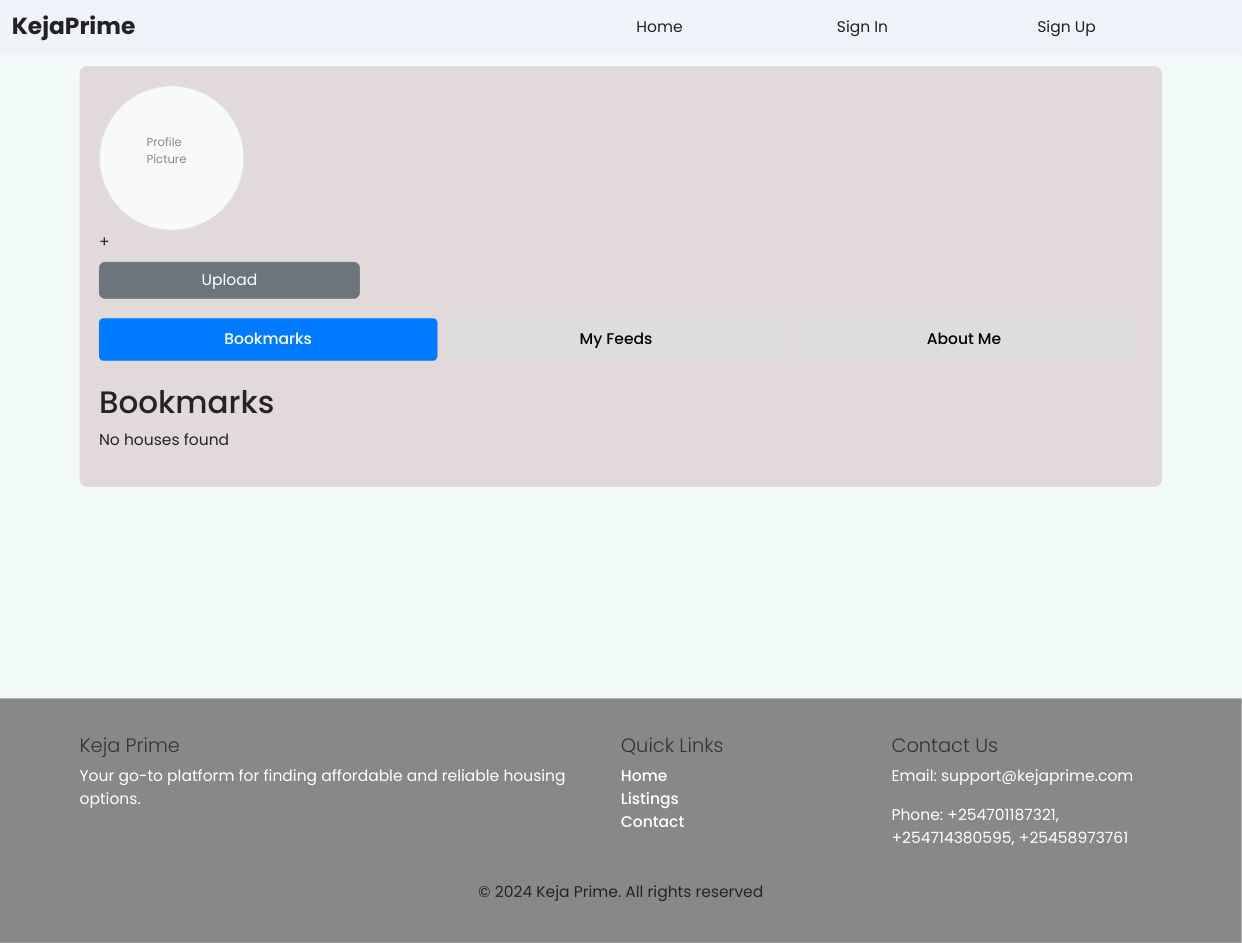
Repository: Pascal7601/kejaPrime
Page: /profile (app in frontend/)
The author's editor kept a copy of each file at every save. The page is drawn from the files as they stood at one save, then again after a run of saves.
The browser window is 1280 px wide. The pictures show the whole page, at 97% of full size.
The page's requests for data from a server got no answer. The project was rebuilt for these pictures with package versions that can differ from the ones it lists, and the page was loaded fresh each time. No one was signed in, and anything a server would have sent is missing. Also part of the build but not shown: frontend/vite.config.js, frontend/src/styles/HeroSection.css, frontend/src/components/HeroSection.jsx, frontend/src/pages/Home.jsx, frontend/src/components/Houses.jsx, frontend/src/pages/Listings.jsx, frontend/src/styles/PostHouse.css, frontend/src/pages/PostHouse.jsx and 10 more.

Above is the page before, as saved 2024-10-22 12:15:42.

### frontend/index.html
<!doctype html>
<html lang="en">
  <head>
    <meta charset="UTF-8" />
    <link rel="icon" type="image/svg+xml" href="/vite.svg" />
    <meta name="viewport" content="width=device-width, initial-scale=1.0" />
    <script src="https://cdn.jsdelivr.net/npm/@popperjs/core@2.11.6/dist/umd/popper.min.js"></script>
    <script src="https://cdn.jsdelivr.net/npm/bootstrap@5.2.0/dist/js/bootstrap.bundle.min.js"></script>
    <link rel="preconnect" href="https://fonts.googleapis.com">
    <link rel="preconnect" href="https://fonts.gstatic.com" crossorigin>
    <link href="https://fonts.googleapis.com/css2?family=Poppins:ital,wght@0,100;0,200;0,300;0,400;0,500;0,600;0,700;0,800;0,900;1,100;1,200;1,300;1,400;1,500;1,600;1,700;1,800;1,900&display=swap" rel="stylesheet">
    <title>KejaPrime</title>
  </head>
  <body>
    <div id="root"></div>
    <script type="module" src="/src/main.jsx"></script>
  </body>
</html>

### frontend/src/App.jsx
import React from 'react';
import { BrowserRouter as Router, Route, Routes } from 'react-router-dom';
import { AuthProvider } from './utils/AuthContext';
import Home from './pages/Home';
import Listings from './pages/Listings';
import ProfilePage from './pages/ProfilePage';
import SignUp from './components/SignUp';
import FeedsPage from './pages/FeedsPage'
import PostHouse from './pages/PostHouse';
import SignIn from './components/SignIn';
import Dashboard from './components/Dashboard';

import './App.css';

function App() {

  return (
    <AuthProvider>
      <Router>
            <Routes>
              <Route path="/Sign-up" element={<SignUp />} />
              <Route path="/Sign-in" element={<SignIn />} />
              <Route path="/" element={<Home />} />
              <Route path="/home" element={<Home />} />
              <Route path="/dashboard" element={<Dashboard />} />
              <Route path="/feeds" element={<FeedsPage />} />
              <Route path="/listings" element={<Listings />} />
              <Route path="/profile" element={<ProfilePage />} />
              <Route path="/post-house" element={<PostHouse />} />
            </Routes>
      </Router>
    </AuthProvider>
  );
}

export default App

### frontend/src/pages/ProfilePage.jsx
import React from 'react';
import Profile from "../components/Profile";
import "../styles/ProfilePage.css";

const ProfilePage = () => {
	return (
		<>
			<Profile />
		</>
	);
}

export default ProfilePage;

### frontend/src/App.css
@import url('https://fonts.googleapis.com/css2?family=Poppins:ital,wght@0,100;0,200;0,300;0,400;0,500;0,600;0,700;0,800;0,900;1,100;1,200;1,300;1,400;1,500;1,600;1,700;1,800;1,900&display=swap');
*{
	font-family: "Poppins", sans-serif;
	margin: 0;
	padding: 0;
	width: 100%;
	box-sizing: border-box;
}

body {
	margin: 0;
	font-family: "Poppins", sans-serif;
	width: 100%;
	background-color: rgb(229, 245, 245);
}

### frontend/src/components/Footer.jsx
import React from 'react'
import 'bootstrap/dist/css/bootstrap.min.css';
import '../styles/Footer.css';

const Footer = () => {
	const currentYear = new Date().getFullYear();
  return (
	<footer className='footer py-4'>
		<div className='container'>
			<div className='row'>
				<div className='col-md-6'>
					<h5 className='footer-title'>Keja Prime</h5>
					<p className='footer-description'>
					Your go-to platform for finding affordable and reliable housing options.
					</p>
				</div>
				<div className="col-md-3">
					<h5 className="footer-links-title">Quick Links</h5>
            		<ul className="list-unstyled">
						<li><a href="/" className="text-white">Home</a></li>
              			<li><a href="/listings" className="text-white">Listings</a></li>
              			<li><a href="/contact" className="text-white">Contact</a></li>
            		</ul>
				</div>
				<div className='col-md-3'>
					<h5 className='footer-contact-title'> Contact Us</h5>
					<p>Email: support@kejaprime.com</p>
					<p>Phone: +254701187321, +254714380595, +25458973761</p>
				</div>
			</div>
			<div className='text-center mt-3'>
				<p className='text-dark'>&copy; {currentYear} Keja Prime. All rights reserved</p>
			</div>
		</div>
	</footer>
  );
};

export default Footer;

### frontend/src/styles/Footer.css
.footer{
	background: #4ea685;
	color: #222222;
}

### frontend/src/components/Profile.jsx
import React, { useEffect, useState } from 'react';
import axios from 'axios';
import Footer from "../components/Footer";
import Navbar from '../components/Navbar';
import PostHouse from '../pages/PostHouse';
import 'bootstrap/dist/css/bootstrap.min.css';
import '../styles/Profile.css';

function Profile() {
  const [profile, setProfile] = useState(null);
  const [profilePic, setProfilePic] = useState(null);
  const [preview, setPreview] = useState(null);
  const [userType, setUserType] = useState(false);
  const [houses, setHouses] = useState([]);
  const [feeds, setFeeds] = useState([]); // State for tenant's feeds
  const [loading, setLoading] = useState(true);
  const [savedHouses, setSavedHouses] = useState([]);
  const [activeTab, setActiveTab] = useState('houses');
  const [isFormVisible, setIsFormVisible] = useState(false);

  useEffect(() => {
    async function fetchProfile() {
      try {
        const token = localStorage.getItem('access_token');
        const config = {
          headers: { Authorization: `Bearer ${token}` },
        };

        const profileRes = await axios.get('http://localhost:8000/api/v1/users/profile', config);
        const isLandlord = profileRes.data.is_landlord;
        console.log(profileRes.data.id);
        setUserType(isLandlord);
        setProfile(profileRes.data);

        const userId = profileRes.data.id;

        if (isLandlord) {
          // Fetch posted houses
          const postedHousesRes = await axios.get(`http://localhost:8000/api/v1/properties/${userId}`);
          const housesWithImages = await Promise.all(
            postedHousesRes.data.map(async (house) => {
              try {
                const imageRes = await axios.get(`http://localhost:8000/api/v1/properties/${house.id}/images`);
                const img = imageRes.data.length > 0 ? imageRes.data[0].image_url : null;
                return { ...house, imageUrl: img };
              } catch (error) {
                console.warn(`Image not found for house ${house.id}`);
                return { ...house, imageUrl: null };
              }
            })
          );
          setHouses(housesWithImages);
        } else {
          //Fetch Bookmarks
          const savedHousesRes = await axios.get('http://localhost:8000/api/v1/bookmarks/', config);
          // console.log(savedHousesRes.data);
          const savedHousesData = savedHousesRes.data.bookmarks;

        // Separate feeds and properties
        const savedFeeds = savedHousesData
          .filter(bookmark => bookmark.feed) // Get only feeds
          .map(bookmark => bookmark.feed);
          // console.log(savedFeeds[0]);  // Extract feed data

        const savedProperties = savedHousesData
          .filter(bookmark => bookmark.property) // Get only properties
          .map(bookmark => bookmark.property);   // Extract property data

          const feedsWithImages = await Promise.all(
            savedFeeds.map(async (feed) => {
              try {
                const feedRes = await axios.get(`http://localhost:8000/api/v1/feeds/${feed.id}`);
                console.log(feedRes.data[0].images[0].image_url);
                const img = feedRes.data[0].images[0].image_url;
                return { ...feed, imageUrl: img };
              } catch (error) {
                console.warn(`Image not found for feed ${feed.id}`);
                return { ...feed, imageUrl: null };
              }
            })
          );

          // Fetch images for properties
          const propertiesWithImages = await Promise.all(
            savedProperties.map(async (property) => {
              try {
                const imageRes = await axios.get(`http://localhost:8000/api/v1/properties/${property.id}/images`, config);
                const img = imageRes.data.length > 0 ? imageRes.data[0].image_url : null;
                return { ...property, imageUrl: img };
              } catch (error) {
                console.warn(`Image not found for property ${property.id}`);
                return { ...property, imageUrl: null };
              }
            })
          );

          // Combine feeds and properties into the `houses` state
          const combinedSavedHouses = [...feedsWithImages, ...propertiesWithImages];
          setHouses(combinedSavedHouses); // Update houses with both feeds and properties


        // Track saved house IDs for both feeds and properties
        const savedHouseIds = combinedSavedHouses.map(house => house.id);
        setSavedHouses(savedHouseIds); // Track Bookmarks by ID

        // Fetch tenant's feeds
          const tenantFeedsRes = await axios.get(`http://localhost:8000/api/v1/feeds/me`, config);
          console.log(tenantFeedsRes.data);
          setFeeds(tenantFeedsRes.data);
        }
      } catch (error) {
        console.error('Error fetching profile data', error);
      } finally {
        setLoading(false);
      }
    }

    fetchProfile();
  }, []);

  const handleTabChange = (tab) => {
    setActiveTab(tab);  // Change active tab
  };

  const handleSaveHouse = async (houseId) => {
    const isSaved = savedHouses.includes(houseId);
    if (!isSaved) {
      try {
        const token = localStorage.getItem('access_token');
        const config = {
          headers: { Authorization: `Bearer ${token}` },
        };

        await axios.post(`http://localhost:8000/api/v1/houses/save`, { houseId }, config);
        setSavedHouses(prevSavedHouses => [...prevSavedHouses, houseId]);

        // Optionally, refetch the Bookmarks to update the UI
        const savedHousesRes = await axios.get('http://localhost:8000/api/v1/houses/saved', config);
        setHouses(savedHousesRes.data);
        console.log('House saved successfully');
      } catch (err) {

        console.error('Error saving house:', err);
      }
    }
  };
  const toggleFormVisibility = () => {
    setIsFormVisible(!isFormVisible);
  };
  const handleFileChange = () => {
    const file = e.target.files[0];
    if (file) {
      setProfilePic(file);
      const fileURL = URL.createObjectURL(file);
      setPreview(fileURL);
    }
  };

  const handleFileUpload = async () => {
    if (profilePic) {
      const formData = new FormData();
      formData.append('profile_pic', profilePic);
      try {
        const token = localStorage.getItem('access_token');
        const config = {
          headers: {
            Authorization: `Bearer ${token}`,
            'Content-Type': 'multipart/form-data',
          },
        };
        await axios.post('http://localhost:8000/api/v1/users/profile-pic', formData, config);
        alert('Profile picture updated successfully');
      } catch (err) {
        console.error('Error uploading profile picture:', err);
      }
    }
  };

  const renderHouseImage = (imageUrl, title) => {
    const src = imageUrl ? `http://localhost:8000/${imageUrl}` : "/path/to/placeholder.jpg";
    const altText = imageUrl ? title : "No image available";
    return <img src={src} alt={altText} className="house-image" />;
  };

  if (loading) {
    return <div>Loading...</div>;
  }

  return (
    <>
    <Navbar />
    <div className={`profile-page ${!userType ? 'tenant-view' : ''}`}>
      <div className={`container my-5 profile-container ${userType ? 'landlord-layout' : 'tenant-layout'}`}>
        {/* Left Side Panel (For Landlords) */}
        <div className='left-panel'>
          {userType && (
            <>
              <h4 onClick={toggleFormVisibility} className='toggle-button'>
                {isFormVisible ? 'Hide Form' : 'Post a House'}
              </h4>
              {isFormVisible && <PostHouse />}
            </>
          )}
        </div>
        {/* Right Side Content */}
        <div className={`right-panel ${!userType ? 'full-width' : ''}`}>
          <div className="profile-header">
            <div className='profile-picture-container'>
              {preview ? (
                <img src={preview} alt="Profile Preview" className="img-fluid rounded-circle" />
              ) : (
                <div className='profile-picture-placeholder border rounded-circle p-5 bg-light'>
                  <p>Profile Picture</p>
                </div>
              )}
              <label htmlFor="file-upload" className="plus-sign-label">+</label>
              <input type="file" onChange={handleFileChange} accept="image/*" style={{ display: 'none' }} />
              {profilePic }
              <button onClick={handleFileUpload} className="btn btn-secondary w-25 mt-2">Upload</button>
            </div>
          </div>
          {/* Navigation Tabs */}
          <div className="profile-tabs mb-4">
            <button
              className={`tab-button ${activeTab === 'houses' ? 'active' : ''}`}
              onClick={() => handleTabChange('houses')}
            >
              {userType ? 'Posted Houses' : 'Bookmarks'}
            </button>
            {!userType && (
              <button
                className={`tab-button ${activeTab === 'feeds' ? 'active' : ''}`}
                onClick={() => handleTabChange('feeds')}
              >
                My Feeds
              </button>
            )}
            <button
              className={`tab-button ${activeTab === 'about' ? 'active' : ''}`}
              onClick={() => handleTabChange('about')}
            >
              About Me
            </button>
          </div>
          {/* Tab Content */}
          <div className="tab-content">
            {activeTab === 'houses' && (
              <div className="houses-section">
                <h2>{userType ? 'Posted Houses' : 'Bookmarks'}</h2>
                <div className="house-list">
                  {houses.length === 0 ? (
                    <p>No houses found</p>
                  ) : (
                    houses.map(house => (
                      <div key={house.id} className="house-item">
                        <div className='card'>
                          {renderHouseImage(house.imageUrl, house.description)}
                          <div className='card-body'>
                            <h3 className='card-title'>{house.title || house.description}</h3>
                            <p className='card-text'>{house.description}</p>
                            <p className='card-text fw-bold'>Location: {house.location}</p>
                            {!userType && (
                              <button onClick={() => handleSaveHouse(house.id)} className="btn btn-primary">
                                {savedHouses.includes(house.id) ? 'Saved' : 'Save'}
                              </button>
                            )}
                          </div>
                        </div>
                      </div>
                    ))
                  )}
                </div>
              </div>
            )}
            {!userType && activeTab === 'feeds' && (
              <div className="feeds-section">
                <h2>My Feeds</h2>
                <div className="feed-list">
                  {feeds.length === 0 ? (
                    <p>No feeds found</p>
                  ) : (
                    feeds.map(feed => (
                      <div key={feed.id} className="feed-item">
                        <img src={`http://localhost:8000/${feed.images[0].image_url}`} alt={feed.description} className="feed-image" />
                        <p>{feed.description}</p>
                        <p>{feed.location}</p>
                      </div>
                    ))
                  )}
                </div>
              </div>
            )}
            {activeTab === 'about' && (
              <div className="profile-about">
                <h4>About Me</h4>
                {profile && (
                  <div>
                    <p>Name: {profile.username}</p>
                    <p>Email: {profile.email}</p>
                    <p>Status: {profile.is_landlord ? "Landlord" : "Tenant"}</p>
                    <p>Location: {profile.location}</p>
                  </div>
                )}
              </div>
            )}
          </div>
        </div>
      </div>
    </div>
    <Footer />
    </>
  );
}

export default Profile;

### frontend/src/styles/FeedsPage.css
@import url('https://fonts.googleapis.com/css2?family=Poppins:ital,wght@0,100;0,200;0,300;0,400;0,500;0,600;0,700;0,800;0,900;1,100;1,200;1,300;1,400;1,500;1,600;1,700;1,800;1,900&display=swap');
.right-side::-webkit-scrollbar {
    display: none;
}
body {
    -ms-overflow-style: none;
    scrollbar-width: none;
}
.feeds-page {
	height: 100vh;
	overflow: hidden;
}
.right-side{
	width:60%;
	margin-top: 60px;
	display: flex;
  	justify-content: center;
	text-align: center;
	border: 1px solid red;
	padding-bottom: 20px;
}

.row {
height: 100%;
}

.create-feed {
	position: fixed;
	background-color: #F1F3FA;
	top: 28%;
	width: 100%;
	max-width: 550px;
	z-index: 1;
}
.right-side {
	overflow-y: auto;
	height: 100%;
	background: radial-gradient(circle, #4ea685, #3e8f70);
	padding-bottom:20px;
	text-align: center;
}
.feed-item {
	position: relative;
	border: 1px solid #ddd;
	border-radius: 8px;
	background-color: #fff;
	padding: 10px;
	margin-bottom: 15px;
}
.feed-item {
	display: flex;
  	justify-content: center;
	text-align: center;
	width: 70%;
	margin-left: 80px;
}

.feed-img {
	max-width: 100%;
	background-size: cover;
	height: 400px;
	border-radius: 5px;
}
.btn1{
	color: #fff;
	background-color: #4ea685;
	border: none;
	max-width: 100px;
	font-weight: 200;
}
.form-control{
	border: none;
}
h5{
	font-weight: 300;
	color: #333;
}
.creat{
	font-weight: 500;
	color: #4ea685;
	margin-bottom: 20px;
}
/*-----Bookmark-------*/
.bookmark-btn {
	position: absolute;
	top: 10px;
	right: 10px;
	background-color: rgba(0, 0, 0, 0.5);
	color: #fff;
	border: none;
	padding: 8px 12px;
	cursor: pointer;
	border-radius: 5px;
	font-size: 14px;
}

.bookmark-btn:hover {
	background-color: rgba(0, 0, 0, 0.7);
}


@media (max-width: 768px) {
	.right-side {
	  width: 100%;
	  margin-top: 100px;
	}
	.create-feed{
		display: none;
	}
	.left-side{
		display: flex;
		flex-direction: column;
		gap: 10px;
		width: 100%;
	}
}
@media (max-width: 480px) {
	.house-row {
	  grid-template-columns: 1fr;
	}
	.left-side{
		display: flex;
		flex-direction: row;
		flex-wrap: wrap;
		gap: 10px;
		width: 100%;
	}
	.create-feed{
		display: none;
	}
}

### frontend/src/styles/Navbar.css
nav ul {
	list-style-type: none;
	margin: 0;
	padding: 0;
	justify-content: flex-end;
  }
.nav-item1 {
	padding-top: 10px;
	border: 1px solid red;
}
  nav ul li a {
	text-decoration: none;
	color: #333;
	font-weight: bold;
  }

  nav h1 {
	display: inline-block;
	margin: 0;
	font-size: 24px;
	font-weight: bold;
  }
  h1 span {
}
.custom-navbar {
	background-color: #F1F3FA;
	color: #222222;
}

.custom-navbar .navbar-nav .nav-link {
	color: #222222;
}

  .custom-navbar .navbar-brand {
	color: #222222;

  }

  .custom-navbar .navbar-toggler-icon {
	filter: brightness(100%);
  }

  .custom-navbar .navbar-nav .nav-link:hover {
	color: #4ea685;
  }

  .custom-navbar .btn-link {
	color: #ffffff;
  }

### frontend/src/styles/Houses.css
@import url('https://fonts.googleapis.com/css2?family=Poppins:ital,wght@0,100;0,200;0,300;0,400;0,500;0,600;0,700;0,800;0,900;1,100;1,200;1,300;1,400;1,500;1,600;1,700;1,800;1,900&display=swap');
body, html {
	margin: 0;
	padding: 0;
	box-sizing: border-box;
	font-family: "Poppins", sans-serif;
	width: 100%;
}
.houses-container {
	display: flex;
	flex-direction: column;
	align-items: center;
	padding: 1.5rem;
	margin-top: 50px;
	width: 100%;

}

.house-row{
	display: grid;
	grid-template-columns: repeat(auto-fill, minmax(250px, 1fr));
	gap: 1rem;
	width: 100%;

}

.house-card {
	background-color: #F1F3FA;
	padding: 10px;
	border-radius: 8px;
	margin: 0 10px;
	box-shadow: 0 4px 6px rgba(0, 0, 0, 0.1);
	transition: transform 0.2s ease-in-out;
  	flex-direction: column;

}

.house-card:hover {
	transform: translateY(-5px);
}

.house-image {
	width: 100%;
	object-fit: cover;
	border-top-left-radius: 8px;
	border-top-right-radius: 8px;
}

.house-info {
	padding: 1.5rem;
}

h5 {
	margin-top: 12px;
	font-weight: 400;
	color: #003b95;
	margin-bottom: 0.5rem;
}
.price{
	color: #003b95;
}

strong {
	font-weight: bold;
}
.location-icon {
	margin-right: 5px;
	margin-left: 5px;
	width: 10%;
	color: #e0354b;
 	align-items: center;
	margin: 0;
}
.icon-locator{
	display: flex;

}
.price{
	color: #498862;
	font-weight: 700;
	font-size: 16px;
}

.p{
	font-size: 14px;
	color: #060b20;
	margin: 0;
	line-height: 1.5;
	font-weight: 300;
}

.filter-bar {
	display: flex;
	justify-content: space-between;
	margin-bottom: 20px;
}

.filter-bar input,
.filter-bar button {
	padding: 5px 10px;
	font-size: 16px;
}
.save-button {
	border: 1px solid red;
}
@media (max-width: 768px) {
	.house-row {
	  grid-template-columns: repeat(auto-fill, minmax(200px, 1fr));
	}
}
@media (max-width: 480px) {
	.house-row {
	  grid-template-columns: 1fr;
	}
}

Loaded but not shown: frontend/src/main.jsx (common file); frontend/src/index.css (common file); frontend/src/components/Navbar.jsx (121 lines, source omitted); frontend/src/styles/Profile.css (182 lines, source omitted); frontend/src/utils/AuthContext.jsx (100 lines, source omitted); frontend/src/styles/HomePage.css (139 lines, source omitted); frontend/src/styles/ProfilePage.css (no stored copy; drawn as an empty file)

After the next 5 saves:
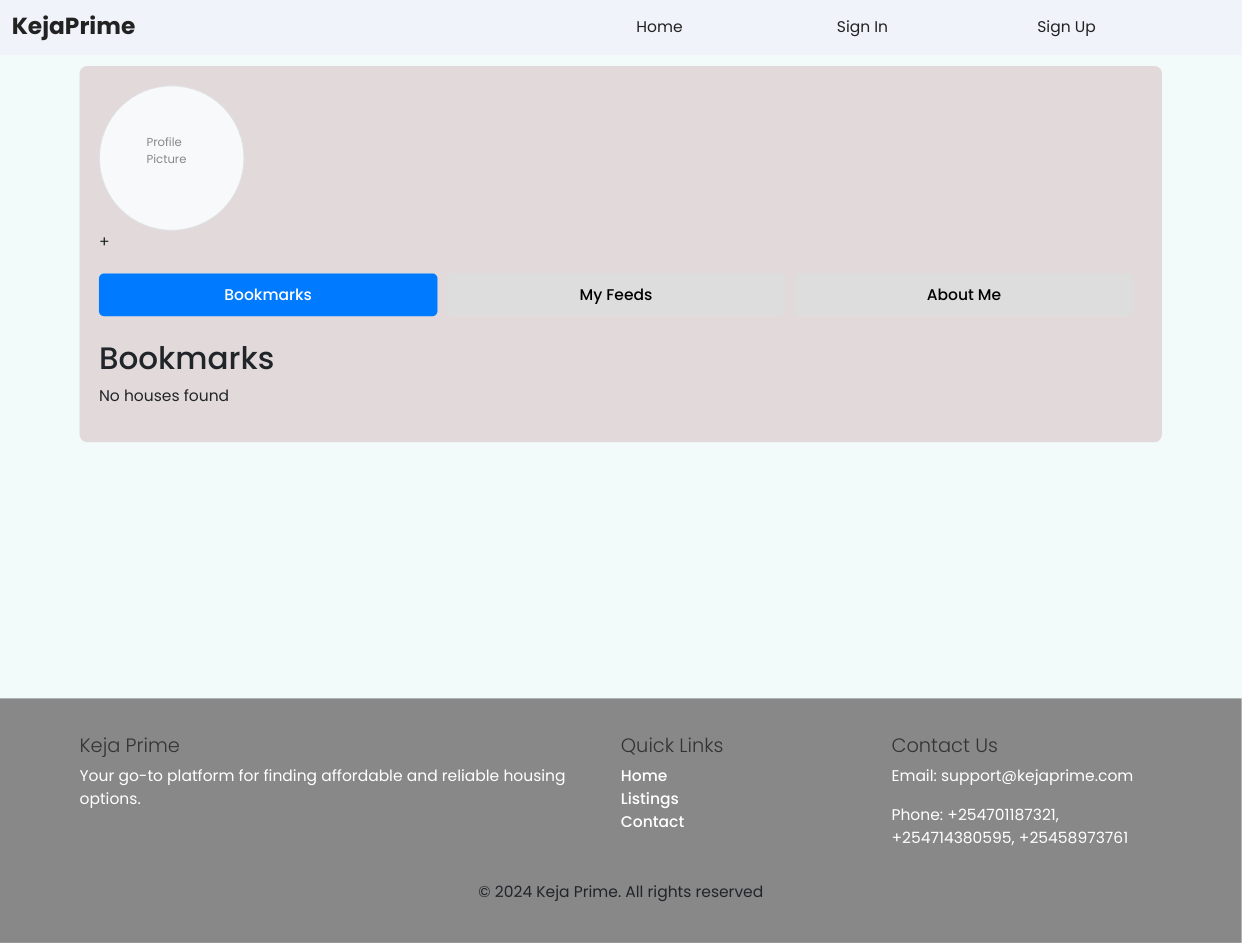
The 5 saves are shown as one change because 4 did not build or start.
The last was saved 42 s later.
--- a/frontend/src/components/Profile.jsx
+++ b/frontend/src/components/Profile.jsx
@@ -215,8 +215,9 @@ function Profile() {
               )}
               <label htmlFor="file-upload" className="plus-sign-label">+</label>
               <input type="file" onChange={handleFileChange} accept="image/*" style={{ display: 'none' }} />
-              {profilePic }
-              <button onClick={handleFileUpload} className="btn btn-secondary w-25 mt-2">Upload</button>
+              {profilePic && (
+                <button onClick={handleFileUpload} className="btn btn-secondary w-25 mt-2">Upload</button>
+              )}
             </div>
           </div>
           {/* Navigation Tabs */}
